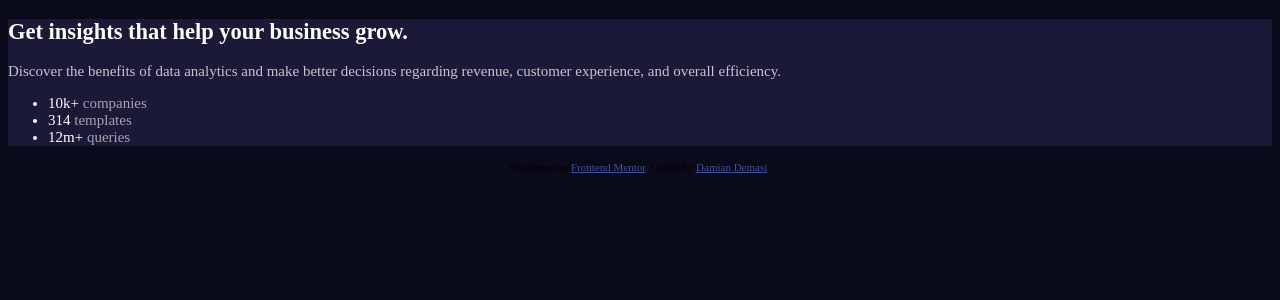
Repository: Colo-Codes/stats-preview-card-component-main
Page: index.html
The author's editor kept a copy of each file at every save. The page is drawn from the files as they stood at one save, then again after the next save.
The browser window is 1280 px wide. The pictures show the whole page.

Above is the page before, as saved 2021-05-10 08:48:50.

### index.html
<!DOCTYPE html>
<html lang="en">

<head>
  <meta charset="UTF-8">
  <meta name="viewport" content="width=device-width, initial-scale=1.0">
  <!-- displays site properly based on user's device -->

  <link rel="icon" type="image/png" sizes="32x32" href="./images/favicon-32x32.png">
  <link rel="preconnect" href="https://fonts.gstatic.com">
  <link href="https://fonts.googleapis.com/css2?family=Inter:wght@400;700&family=Lexend+Deca&display=swap" rel="stylesheet">
  <title>Frontend Mentor | Stats preview card component</title>
  <!--
  font-family: 'Inter', sans-serif;
  font-family: 'Lexend Deca', sans-serif;
  -->

  <!-- Feel free to remove these styles or customise in your own stylesheet 👍 -->
  <style>
    :root {
      --white-font: hsl(0, 0%, 100%);
      --white-font-transparent-main: hsla(0, 0%, 100%, 0.75);
      --white-font-transparent-stat: hsla(0, 0%, 100%, 0.6);
      --blue-background: hsl(233, 47%, 7%);
      --blue-desaturated: hsl(244, 38%, 16%);
      --violet-soft: hsl(244, 38%, 16%);
    }
    body {
      font-size: 15px;
      background-color: var(--blue-background, hsl(233, 47%, 7%));
    }
    article {
      color: var(--white-font, hsl(0, 0%, 100%));
      background-color: var(--blue-desaturated, hsl(244, 38%, 16%));
    }
    article p {
      color: var(--white-font-transparent-main, hsla(0, 0%, 100%, 0.75));
    }
    ul li span {
      color: var(--white-font-transparent-stat, hsla(0, 0%, 100%, 0.6));
    }
    em {
      font-style: normal;
    }
    .attribution {
      font-size: 11px;
      text-align: center;
    }
    .attribution a {
      color: hsl(228, 45%, 44%);
    }
  </style>
</head>

<body>
  <article>
    <header>
      <h1>Get <em>insights</em> that help your business grow.</h1>
    </header>
    <p>Discover the benefits of data analytics and make better decisions regarding revenue, customer experience, and
      overall efficiency.</p>
    <footer>
      <ul>
        <li>10k+ <span>companies</span></li>
        <li>314 <span>templates</span></li>
        <li>12m+ <span>queries</span></li>
      </ul>
    </footer>
  </article>

  <footer>
    <div class="attribution">
      Challenge by <a href="https://www.frontendmentor.io?ref=challenge" target="_blank">Frontend Mentor</a>.
      Coded by <a href="https://github.com/Darthcolo/stats-preview-card-component-main" target="_blank">Damian Demasi</a>.
    </div>
  </footer>
</body>

</html>

After the next save:
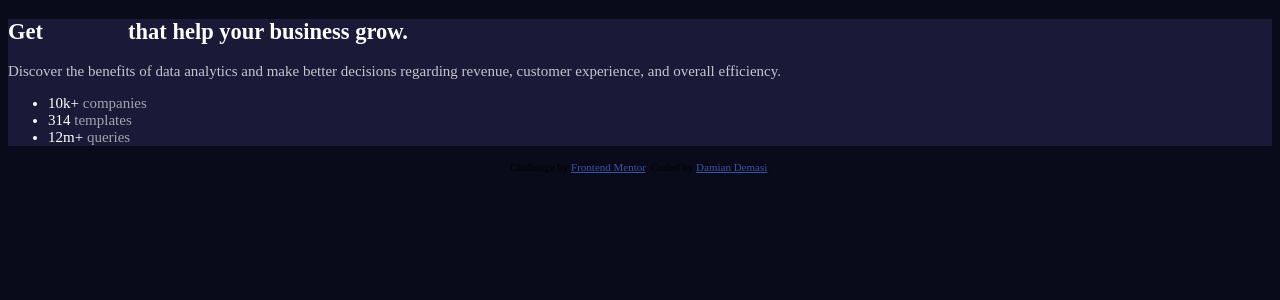
Saved 31 s later.
--- a/index.html
+++ b/index.html
@@ -41,6 +41,7 @@
     }
     em {
       font-style: normal;
+      color: var(--violet-soft, hsl(244, 38%, 16%));
     }
     .attribution {
       font-size: 11px;
